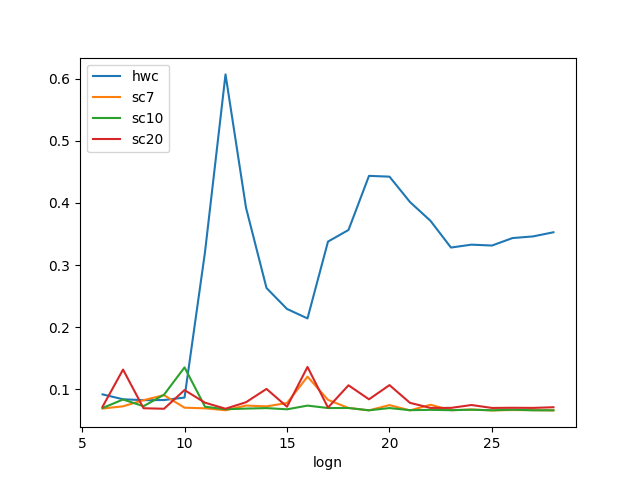
Repository: TTTTao725/Randomized-Algorithm-project2
Script's output: python project2/plot.py
An editor plug-in stored every save of this project. The script's output is shown before and after the next save, followed by the edit.
Random numbers start from a fixed seed.

Above is the script's output before, as saved 2023-04-15 19:30:11.

### project2/plot.py
'''
Author: Tao
Date: 2023-04-12 15:34:45
LastEditors: Tao
LastEditTime: 2023-04-15 19:29:39
Description:
Email: 202203580@post.au.dk
Copyright (c) 2023 by Tao Tang, All Rights Reserved.
'''
import matplotlib.pyplot as plt

average_update_hwc = []
average_update_sc7 = []
average_update_sc10 = []
average_update_sc20 = []

x = []

for i in range(6,29):
    x.append(i)

with open('experiment_result/average_update_hwc.txt', 'r') as f:
    for line in f:
        average_update_hwc.append(float(line.strip('\n')))

with open('experiment_result/average_update_sc7.txt', 'r') as f:
    for line in f:
        average_update_sc7.append(float(line.strip('\n')))

with open('experiment_result/average_update_sc10.txt', 'r') as f:
    for line in f:
        average_update_sc10.append(float(line.strip('\n')))

with open('experiment_result/average_update_sc20.txt', 'r') as f:
    for line in f:
        average_update_sc20.append(float(line.strip('\n')))

plt.plot(x, average_update_hwc, label="hwc")
plt.plot(x, average_update_sc7, label="sc7")
plt.plot(x, average_update_sc10, label="sc10")
plt.plot(x, average_update_sc20, label="sc20")
plt.legend(loc="upper left")
plt.xlabel('logn')
# plt.subplot(2,2,1)
# plt.plot(x, construction_time_hwc, c='r', label='hwc')
# plt.plot(x, construction_time_ph, c='g', label='ph')
# plt.plot(x, construction_time_rb, c='b', label='rb')
# plt.legend(loc="upper left")
# plt.xlabel('logn')
# plt.ylabel('average construction time')
# plt.title('average construction time VS logn')

# plt.subplot(2,2,2)
# plt.plot(x, query_time_hwc, c='r', label='hwc')
# plt.plot(x, query_time_ph, c='g', label='ph')
# plt.plot(x, query_time_rb, c='b', label='rb')
# plt.legend(loc="upper left")
# plt.xlabel('logn')
# plt.ylabel('average query time')
# plt.title('average query time VS logn')

# plt.subplot(2,2,3)
# plt.plot(x, total_time_hwc, c='r', label='hwc')
# plt.plot(x, total_time_ph, c='g', label='ph')
# plt.plot(x, total_time_rb, c='b', label='rb')
# plt.legend(loc="upper left")
# plt.xlabel('logn')
# plt.ylabel('average total execution time')
# plt.title('average total execution time VS logn')

# plt.subplot(2,2,4)
# plt.plot(x, largest_size)
# plt.xlabel('logn')
# plt.ylabel('length')
# plt.title('largest linked-list size for hashing with chaining')

plt.show()

### project2/experiment_result/average_update_hwc.txt
0.091689
0.083841
0.08233
0.082607
0.086538
0.321163
0.606996
0.392265
0.262977
0.229249
0.214018
0.337779
0.356444
0.443594
0.442327
0.401457
0.371196
0.328157
0.332812
0.33139
0.343415
0.346061
0.352767

### project2/experiment_result/average_update_sc7.txt
0.068885
0.072488
0.082373
0.090477
0.070235
0.069234
0.066139
0.073684
0.07241
0.077791
0.120259
0.082844
0.069775
0.066009
0.074439
0.06589
0.074981
0.066151
0.067362
0.065919
0.066477
0.066318
0.06592

### project2/experiment_result/average_update_sc10.txt
0.069699
0.083467
0.072647
0.091189
0.135153
0.071821
0.067726
0.068811
0.0696
0.067654
0.073614
0.069703
0.06981
0.066021
0.06967
0.06623
0.066796
0.066231
0.067001
0.066029
0.067088
0.066083
0.066038

### project2/experiment_result/average_update_sc20.txt
0.071797
0.131632
0.06937
0.068521
0.098619
0.078293
0.068577
0.07906
0.100465
0.071788
0.135869
0.070397
0.106308
0.083758
0.106599
0.078043
0.069895
0.069931
0.074569
0.069852
0.070133
0.069923
0.070971

After the next save:
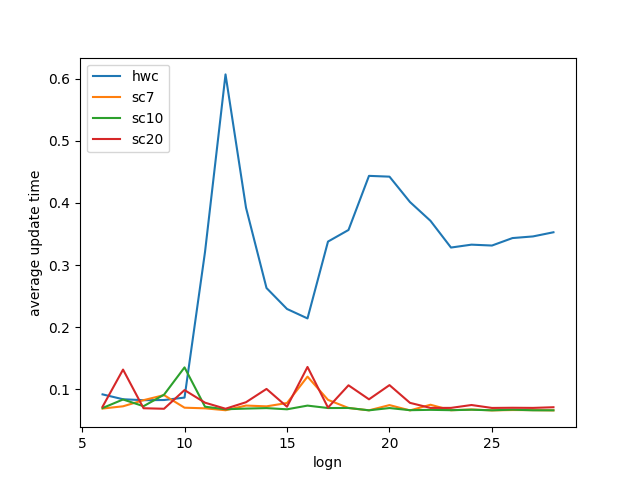
Saved 20 s later.
--- a/project2/plot.py
+++ b/project2/plot.py
@@ -41,6 +41,7 @@ plt.plot(x, average_update_sc10, label="sc10")
 plt.plot(x, average_update_sc20, label="sc20")
 plt.legend(loc="upper left")
 plt.xlabel('logn')
+plt.ylabel('average update time')
 # plt.subplot(2,2,1)
 # plt.plot(x, construction_time_hwc, c='r', label='hwc')
 # plt.plot(x, construction_time_ph, c='g', label='ph')
